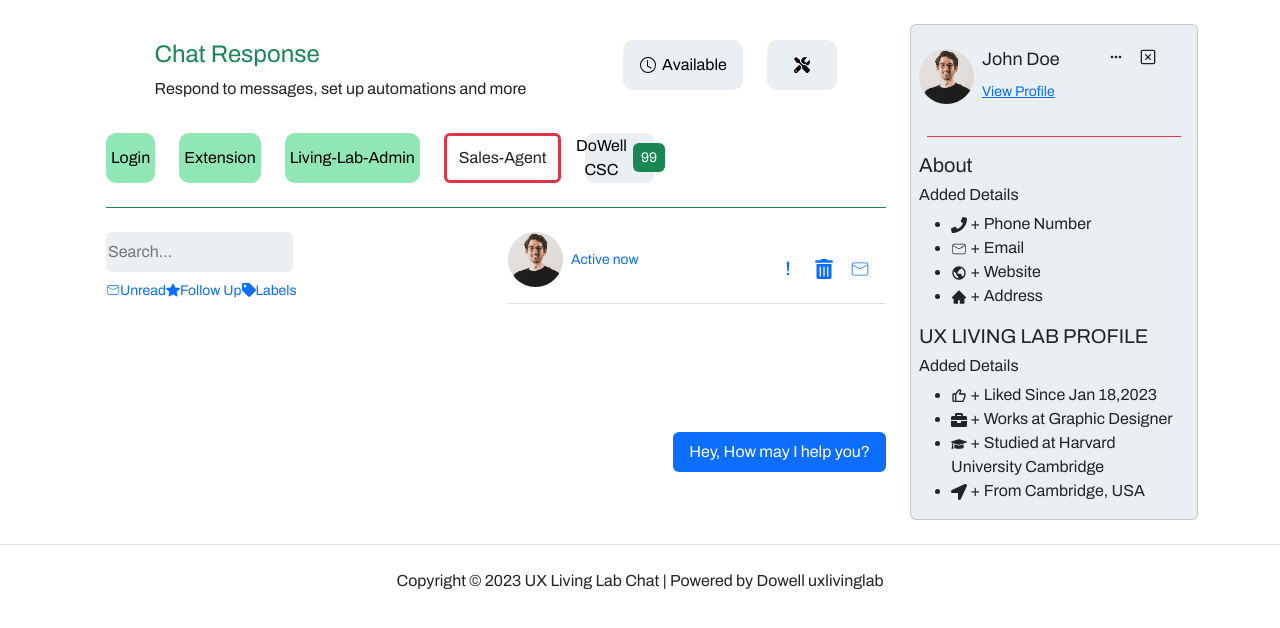
Repository: uh-sman/UX-Living-Lab-Chat
Page: /
An editor plug-in stored every save of this project. The page is shown before and after the next save, followed by the edit.
The browser window is 1280 px wide. The pictures show the whole page.
The project was rebuilt for these pictures with package versions that can differ from the ones it lists, and the page was loaded fresh each time.

Above is the page before, as saved 2023-05-10 18:53:28.

### public/index.html
<!DOCTYPE html>
<html lang="en">
  <head>
    <meta charset="utf-8" />
    <link rel="icon" href="%PUBLIC_URL%/favicon.ico" />
    <meta name="viewport" content="width=device-width, initial-scale=1" />
    <meta name="theme-color" content="#000000" />
    <meta
      name="description"
      content="Web site created using create-react-app"
    />
    <link rel="apple-touch-icon" href="%PUBLIC_URL%/logo192.png" />
    <!--
      manifest.json provides metadata used when your web app is installed on a
      user's mobile device or desktop. See https://developers.google.com/web/fundamentals/web-app-manifest/
    -->
    <link rel="manifest" href="%PUBLIC_URL%/manifest.json" />
    <!-- font awsome CDN -->

    <link
      rel="stylesheet"
      href="https://cdn.jsdelivr.net/npm/@fortawesome/fontawesome-free@6.2.1/css/fontawesome.min.css"
      integrity="sha384-QYIZto+st3yW+o8+5OHfT6S482Zsvz2WfOzpFSXMF9zqeLcFV0/wlZpMtyFcZALm"
      crossorigin="anonymous"
    />
    <!--
      Notice the use of %PUBLIC_URL% in the tags above.
      It will be replaced with the URL of the `public` folder during the build.
      Only files inside the `public` folder can be referenced from the HTML.

      Unlike "/favicon.ico" or "favicon.ico", "%PUBLIC_URL%/favicon.ico" will
      work correctly both with client-side routing and a non-root public URL.
      Learn how to configure a non-root public URL by running `npm run build`.
    -->
    <title>React App</title>
  </head>
  <body>
    <noscript>You need to enable JavaScript to run this app.</noscript>
    <div id="root"></div>
    <!--
      This HTML file is a template.
      If you open it directly in the browser, you will see an empty page.

      You can add webfonts, meta tags, or analytics to this file.
      The build step will place the bundled scripts into the <body> tag.

      To begin the development, run `npm start` or `yarn start`.
      To create a production bundle, use `npm run build` or `yarn build`.
    -->
  </body>
</html>

### src/index.css
* {
  text-decoration: none;
}

### src/App.js
import "./App.css";
import "bootstrap/dist/css/bootstrap.min.css";
import "bootstrap/dist/js/bootstrap.bundle.min";
import Container from "./container";
import Footer from "./container/Footer";
function App() {
  return (
    <div className="App">
      <Container />
      <Footer />
    </div>
  );
}

export default App;

### src/App.css
@import url("https://fonts.googleapis.com/css2?family=Archivo&display=swap");
:root {
  --header-color: #0d7813;
  /* --button-color :#00000;
  --button-color :#90E7B5; */
  --bg-color: #e9eff3;
  /* #90E7B5 */

  --font: "Archivo", sans-serif;
}

* {
  text-decoration: none;
  /* list-style: none; */
  font-family: "Archivo", sans-serif;
}

.body {
  font-family: "Archivo", sans-serif;
}
.header {
  color: var(--header-color);
  font-family: "Archivo", sans-serif;
}
.button {
  display: flex;
  align-items: center;
  background: var(--bg-color);
  justify-content: center;
  height: 50px;
  width: 120px;
  gap: 6px;
  border: none;
  border-radius: 10px;
}
.button2 {
  display: flex;
  align-items: center;
  background: var(--bg-color);
  justify-content: center;
  height: 50px;
  width: 70px;
  gap: 6px;
  border: none;
  border-radius: 10px;
}
.button3 {
  display: flex;
  align-items: center;
  background: #90e7b5;
  justify-content: center;
  height: 50px;
  max-width: contain;
  padding: 0px 5px;
  gap: 6px;
  border: none;
  border-radius: 10px;
}
.button4 {
  display: flex;
  align-items: center;
  background: #ff9898;
  justify-content: center;
  height: 50px;
  max-width: contain;
  padding: 0px 5px;
  gap: 6px;
  border: none;
  border-radius: 10px;
}
.image-style {
  width: 55px;
  height: 55px;
  border-radius: 500px;
}
.cardBody {
  background-color: var(--bg-color);
}
.input {
  border: var(--bg-color);
  /* align-items: ; */
  outline: none;
  background: var(--bg-color);
}

### src/container/index.js
import React from "react";
import ChatSection from "./ChatSection";
import DetailsSection from "./DetailsSection";
const Container = () => {
  return (
    <div className="container">
      <div className="d-flex justify-content-around my-4">
        <ChatSection />
        <div className="d-hidden d-md-block">
          <DetailsSection />
        </div>
      </div>
    </div>
  );
};

export default Container;

### src/container/Footer.jsx
import React from "react";

const Footer = () => {
  return (
    <div className=" border-top">
      <div className="d-flex justify-content-center my-4">
        <div className="d-flex align-items-center">
          <p>
            Copyright &copy; 2023 UX Living Lab Chat | Powered by Dowell
            uxlivinglab
          </p>
        </div>
      </div>
    </div>
  );
};

export default Footer;

### src/container/ChatSection.js
import React from "react";
import ChatHeader from "./ChatItems/ChatHeader";
import ProfileHead from "./Chats/message/ProfileHead";
import SearchBar from "./Chats/SearchBar";

const ChatSection = () => {
  return (
    <div className="container">
      <ChatHeader />
      {/* chats come here */}
      <div className="d-flex  flex-column flex-md-column flex-lg-row flex-xl-row flex-xxl-row my-2">
        <SearchBar />
        <ProfileHead />
      </div>
    </div>
  );
};

export default ChatSection;

### src/container/DetailsSection.jsx
import React from "react";
import user from "../assets/user.jpg";
import AboutDetails from "./Details/AboutDetails";
import DetailsSectionButton from "./DetailsSectionButton";
const DetailsSection = ({ title, about }) => {
  return (
    <div className="d-none d-md-block d-lg-block d-xl-block">
      <div
        className="card"
        style={{ width: "18rem", backgroundColor: "#e9eff3" }}
      >
        <div className="mx-2">
          <div className="d-flex gap-5 mt-4 ">
            <figure className="d-flex gap-2">
              <img src={user} className=" image-style" />
              <div className="">
                <h4 className="body fw-bold" style={{ fontSize: "18px" }}>
                  {title}
                </h4>
                <a href="" className="fw-bold" style={{ fontSize: "14px" }}>
                  View Profile
                </a>
              </div>
            </figure>
            <DetailsSectionButton />
          </div>
          <div className="border-bottom border-danger mx-2 my-3"></div>
          <div className=""></div>
          {/* DETAILS */}
          <AboutDetails />
        </div>
      </div>
    </div>
  );
};
DetailsSection.defaultProps = {
  title: "John Doe",
  about: "About",
};

export default DetailsSection;

### src/container/ChatItems/ChatHeader.jsx
import React from "react";
import Buttons from "./Buttons";
import HeaderButtons from "./HeaderButtons";

const ChatHeader = ({ title, caption }) => {
  return (
    <div className="container">
      <div className=" d-flex justify-content-around my-3">
        <header>
          <h1 className="header fs-4 fw-bold text-success">{title}</h1>
          <p className="fw-medium  Header-font">{caption}</p>
        </header>
        <HeaderButtons />
      </div>
      <Buttons />
      <div className="border-bottom border-success my-4"></div>
    </div>
  );
};

export default ChatHeader;
ChatHeader.defaultProps = {
  title: "Chat Response",
  caption: "Respond to messages, set up automations and more",
};

### src/container/Chats/message/ProfileHead.jsx
import React from "react";
import { FaTrashAlt } from "react-icons/fa";
import user from "../../../assets/user.jpg";
import ChatIcons from "./ChatIcons";
import Message from "./Message";
const ProfileHead = () => {
  return (
    <div className="container overflow-y-scroll">
      <div className="d-flex justify-content-between  align-items-center border-bottom">
        <figure className="d-flex gap-2 align-items-center">
          <img src={user} className=" image-style" />
          <div className="">
            {/* Status active now if true show active */}
            <small className="text-primary">Active now</small>
          </div>
        </figure>
        <ChatIcons />
      </div>
      <Message />
    </div>
  );
};

export default ProfileHead;

### src/container/Chats/SearchBar.jsx
import React from "react";
import { FaSearch } from "react-icons/fa";
import Icons from "./Icons";
// BsStarFill;
const SearchBar = () => {
  return (
    <div className="container">
      <div className="overflow-y-scroll">
        <form>
          <input
            className="input rounded bi bi-search py-2"
            placeholder="Search..."
          />
          {/* <i className="bi bi-search"></i> */}
        </form>
        <Icons />
      </div>
    </div>
  );
};

export default SearchBar;

### src/container/Details/AboutDetails.jsx
import React from "react";
import {
  FaPhone,
  FaBriefcase,
  FaGraduationCap,
  FaLocationArrow,
} from "react-icons/fa";
import { CiMail } from "react-icons/ci";
import { BiWorld, BiLike } from "react-icons/bi";
import { AiFillHome } from "react-icons/ai";
const AboutDetails = ({ title, ux }) => {
  const data = [
    {
      phone: "Phone Number",
      email: "Email",
      web: "Website",
    },
  ];
  return (
    <div>
      <div className="">
        <h5>{title}</h5>
        <main>
          <h6>Added Details</h6>
          <div className="">
            <ul>
              <li>
                <FaPhone /> + Phone Number
              </li>
              <li>
                <CiMail /> + Email
              </li>
              <li>
                <BiWorld /> + Website
              </li>
              <li>
                <AiFillHome /> + Address
              </li>
            </ul>
          </div>
        </main>
      </div>
      <div className="">
        <h5>{ux}</h5>
        <main>
          <h6>Added Details</h6>
          <div className="">
            <ul>
              <li>
                <BiLike /> + Liked Since Jan 18,2023
                {/* date from the api */}
              </li>
              <li>
                <FaBriefcase /> + Works at Graphic Designer
              </li>
              <li>
                <FaGraduationCap /> + Studied at Harvard University Cambridge
                {/* Place of work from the api */}
              </li>
              <li>
                <FaLocationArrow /> + From Cambridge, USA
              </li>
            </ul>
          </div>
        </main>
      </div>
    </div>
  );
};

export default AboutDetails;

AboutDetails.defaultProps = {
  title: "About",
  ux: "UX LIVING LAB PROFILE",
};

### src/container/DetailsSectionButton.jsx
import React from "react";
import { MdOutlineMoreHoriz } from "react-icons/md";
import { CgCloseR } from "react-icons/cg";
const DetailsSectionButton = () => {
  return (
    <div>
      <div className="d-flex gap-3">
        <MdOutlineMoreHoriz />
        <CgCloseR />
      </div>
    </div>
  );
};

export default DetailsSectionButton;

### src/container/ChatItems/Buttons.jsx
import React from "react";

const Buttons = () => {
  return (
    <div className="d-flex gap-4 overflow-x-auto">
      <button type="button" className=" button3">
        Login
      </button>
      <button type="button" className=" button3">
        Extension
      </button>
      <button type="button" className=" button3">
        Living-Lab-Admin
      </button>
      <button type="button" className="btn border-danger border-3">
        Sales-Agent
      </button>
      <button type="button" className="button2">
        DoWell CSC
        <small className="bg-success text-white px-2 py-1 rounded">
          {"99"}
        </small>
      </button>
    </div>
  );
};

export default Buttons;

### src/container/ChatItems/HeaderButtons.jsx
import React from "react";
import { BsClock } from "react-icons/bs";
import { FaTools } from "react-icons/fa";
const HeaderButtons = () => {
  return (
    <div className="d-flex gap-4">
      <button type="button" className="button">
        <BsClock className="" />
        Available
      </button>
      <button type="button" className="button2">
        <FaTools />
      </button>
    </div>
  );
};

export default HeaderButtons;

### src/container/Chats/message/ChatIcons.jsx
import React from "react";
import { FaTrashAlt } from "react-icons/fa";
import { BsExclamationLg } from "react-icons/bs";
import { CiMail } from "react-icons/ci";
const ChatIcons = () => {
  return (
    <div className="mx-3">
      <div className="d-flex gap-3">
        <small className="text-primary fs-5"></small>
        <small className="text-primary fs-5">
          <BsExclamationLg />
        </small>
        <small className="text-primary fs-5">
          <FaTrashAlt />
        </small>

        <small className="text-primary fs-5">
          <CiMail />
        </small>
      </div>
    </div>
  );
};

export default ChatIcons;

### src/container/Chats/message/Message.jsx
import React, { useState } from "react";

const Message = () => {
  const [message, setMessage] = useState(true);
  return (
    <div className="">
      <div className="d-flex justify-content-end ">
        {message ? (
          <div
            className="bg-primary text-white rounded d-flex align-items-center align-self-end"
            style={{
              width: "auto",
              height: "40px",
              listStyle: "none",
              marginTop: "8rem",
            }}
          >
            <li className="mx-3">Hey, How may I help you? </li>
          </div>
        ) : null}
      </div>
    </div>
  );
};

export default Message;

### src/container/Chats/Icons.jsx
import React from "react";
import { CiMail } from "react-icons/ci";
import { BsStarFill } from "react-icons/bs";
import { FaTag } from "react-icons/fa";
const Icons = () => {
  return (
    <div>
      <div className="d-flex text-primary my-2">
        <small className="d-flex align-items-center">
          <CiMail /> Unread
        </small>
        <small className="d-flex align-items-center">
          <BsStarFill /> Follow Up
        </small>
        <small className="d-flex align-items-center">
          <FaTag />
          Labels
        </small>
      </div>
    </div>
  );
};

export default Icons;

Loaded but not shown: src/index.js (common file)

After the next save:
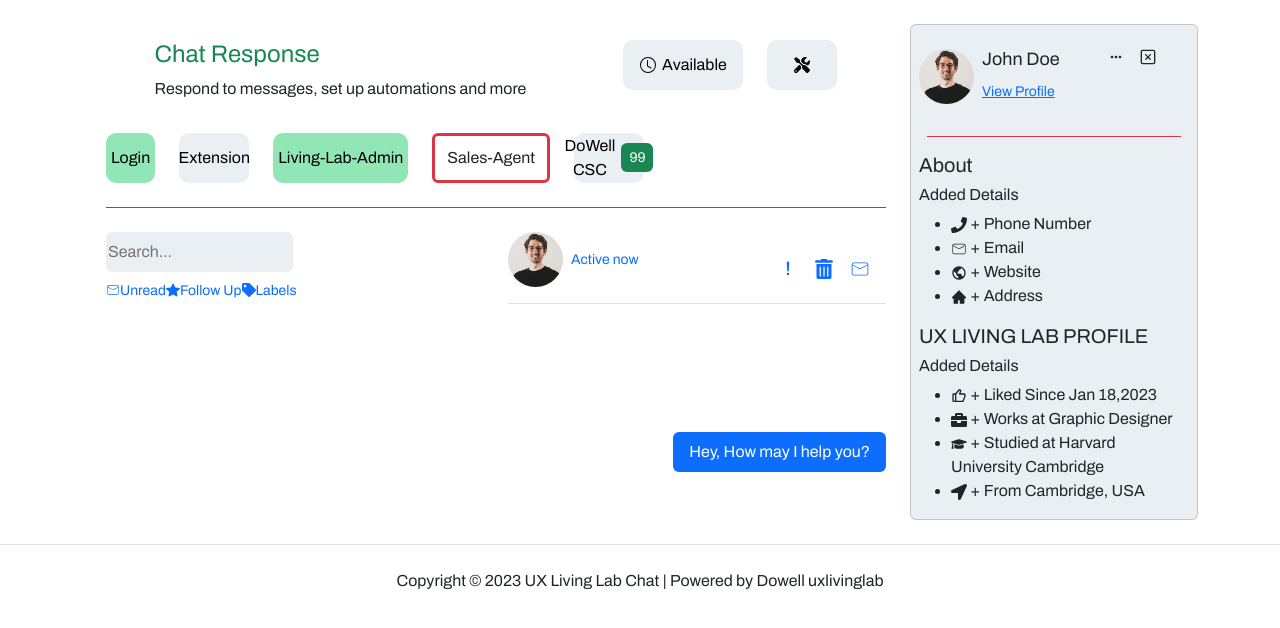
Saved 6 s later.
--- a/src/container/ChatItems/Buttons.jsx
+++ b/src/container/ChatItems/Buttons.jsx
@@ -6,7 +6,7 @@ const Buttons = () => {
       <button type="button" className=" button3">
         Login
       </button>
-      <button type="button" className=" button3">
+      <button type="button" className=" button2">
         Extension
       </button>
       <button type="button" className=" button3">
